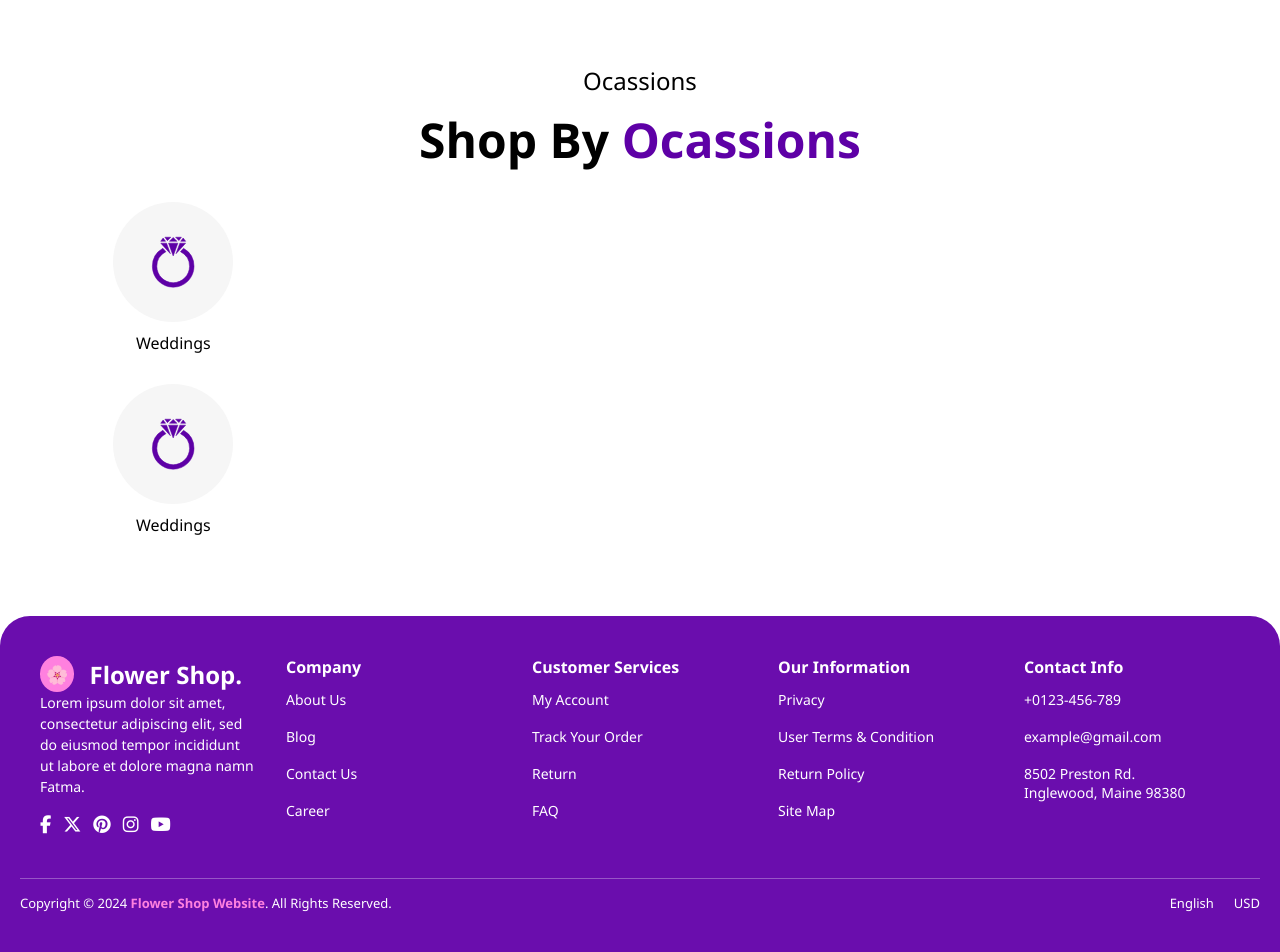
Repository: HabibaYossre/BellaFlora-Store
Page: / (app in client/)
These files come from the project's save history. The page is drawn as it stood at one moment and after the next save; the edit follows.
The browser window is 1280 px wide. The pictures show the part of the page from y = 735 to 1687 px (the page is 1687 px tall before and 1505 px after).
The project was rebuilt for these pictures with package versions that can differ from the ones it lists, and the page was loaded fresh each time. Also part of the build but not shown: client/src/components/registration/Login.js, client/src/components/registration/SignUp.js, client/src/components/home/Home.css, client/src/components/Subscribe/Subscribe.css, client/src/components/Subscribe/Subscribe.js, client/src/components/Marquee/Marquee.css, client/src/components/Marquee/Marquee.js, client/src/components/Shipping/Shipping.css and 34 more.

Above is the page before, as saved 2025-08-31 01:28:30.

After the next save:
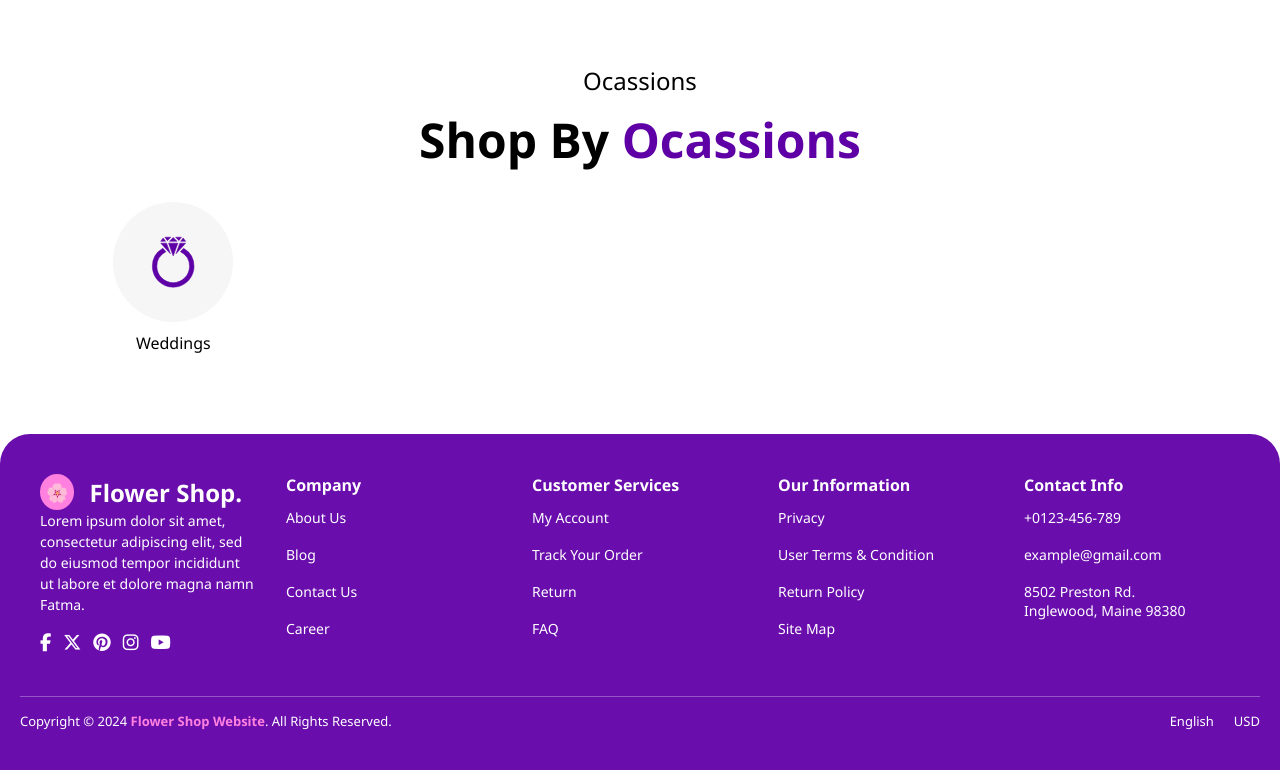
Saved 7 s later.
--- a/client/src/components/occasions/Ocassions.js
+++ b/client/src/components/occasions/Ocassions.js
@@ -18,14 +18,7 @@ function Ocassions() {
             <div className="ocasssion-name">Weddings</div>
         </div>
       </div>
-      <div className="ocassions-types">
-        <div className="ocasssion">
-            <div className="icon-container">
-                <GiBigDiamondRing />
-            </div>
-            <div className="ocasssion-name">Weddings</div>
-        </div>
-      </div>
+
     </div>
   );
 }
